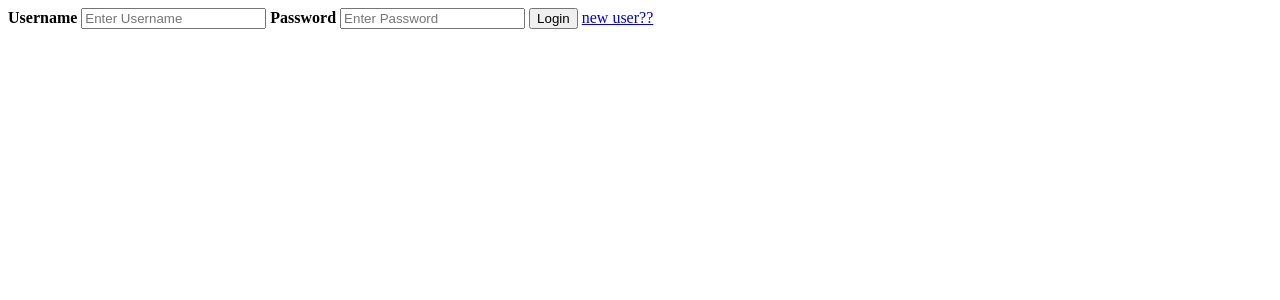
Repository: mugdha97/JSPServlet
Page: http://localhost/com.bridgelabz.loginRegister/login.jsp
The author's editor kept a copy of each file at every save. The page is drawn from the files as they stood at one save, then again after the next save.
The browser window is 1280 px wide. The pictures show the whole page.
The page is served by Tomcat 9. Other server files are loaded and not shown.

Above is the page before, as saved 2019-10-19 04:42:15.

### com.bridgelabz.loginRegister/WebContent/login.jsp
<%@ page language="java" contentType="text/html; charset=UTF-8"
    pageEncoding="UTF-8"%>
<!DOCTYPE html>
<html>
<head>
<meta charset="UTF-8">
<title>Insert title here</title>
</head>
<body>
<form action="login" method="post">
<div class="container">
      <label for="uname"><b>Username</b></label>
      <input type="text" placeholder="Enter Username" name="uname" required>

      <label for="psw"><b>Password</b></label>
      <input type="password" placeholder="Enter Password" name="password" required>

      <button type="submit"value="login">Login</button>
     <a href="Registration.jsp">new user??</a>
    </div>
    </form>
<!-- /<form action="login" method="post"> -->
<!-- //Enter User Name:<input type="text" name="uname"><br> -->
<!-- //Enter password :<input type="password" name="password"><br> -->
<!-- //<input type="submit" value="login"> -->
<!-- //<a href="Registration.jsp">new user??</a> -->
<!-- //</form> -->
<form >


</form>
</body>
</html>

After the next save:
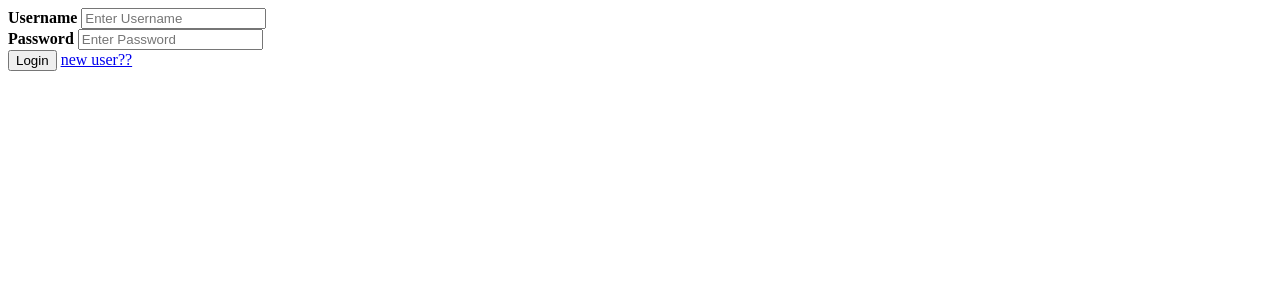
Saved 47 s later.
--- a/com.bridgelabz.loginRegister/WebContent/login.jsp
+++ b/com.bridgelabz.loginRegister/WebContent/login.jsp
@@ -10,10 +10,10 @@
 <form action="login" method="post">
 <div class="container">
       <label for="uname"><b>Username</b></label>
-      <input type="text" placeholder="Enter Username" name="uname" required>
+      <input type="text" placeholder="Enter Username" name="uname" required><br>
 
       <label for="psw"><b>Password</b></label>
-      <input type="password" placeholder="Enter Password" name="password" required>
+      <input type="password" placeholder="Enter Password" name="password" required><br>
 
       <button type="submit"value="login">Login</button>
      <a href="Registration.jsp">new user??</a>
